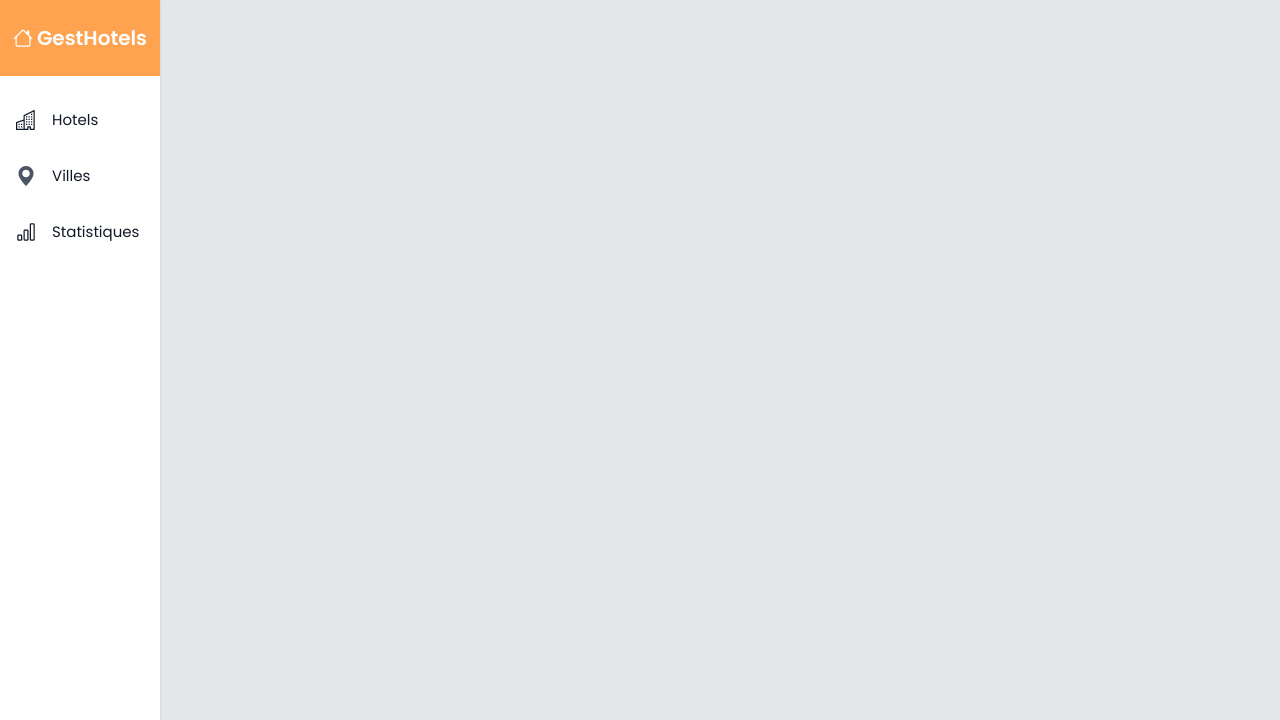
Repository: yahyamourid/GestHotelsEJB
Page: http://localhost/ISICEJBWeb/sidBar.jsp
An editor plug-in stored every save of this project. The page is shown before and after the next save, followed by the edit.
The browser window is 1280 px wide. The pictures show the whole page.
Some web libraries are served in a nearby version. The page is served by Tomcat 10. Nobody is signed in. The application's start-up code is not run.

Above is the page before, as saved 2023-12-01 16:08:57.
Console error: TypeError: Cannot read properties of null (reading 'classList')

After the next save:
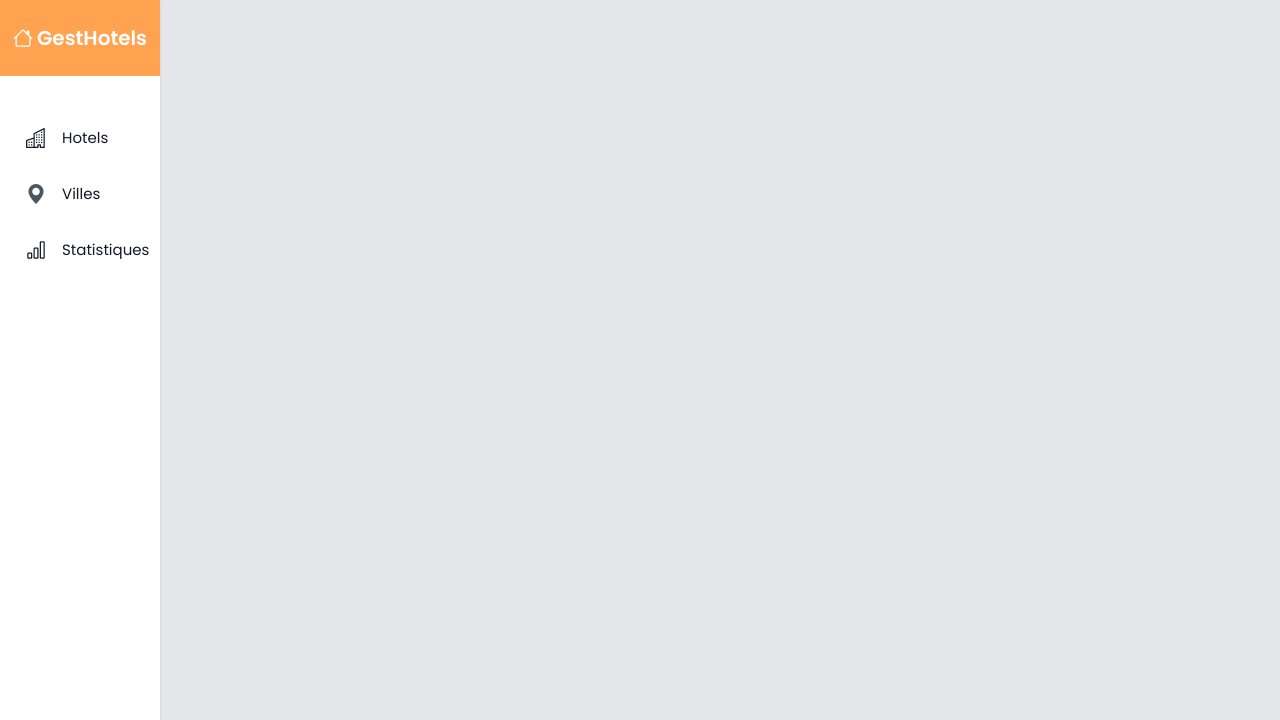
Saved 26 s later.
--- a/ISICEJBWeb/src/main/webapp/sidBar.jsp
+++ b/ISICEJBWeb/src/main/webapp/sidBar.jsp
@@ -43,9 +43,9 @@
                     <h1 class="ml-1 text-xl text-white font-semibold">GestHotels</h1>
                 </div>
 
-                <div >
+                <div class="p-2.5" >
 
-                    <div  class="p-2.5 mt-2 flex items-center  rounded-md px-4 <%if (nomFichierJSP.equals("hotel.jsp")){%>bg-gray-100 <%}%> duration-300  cursor-pointer  hover:bg-gray-100">
+                    <div  class="p-2.5 mt-2 flex items-center  rounded-md px-4 <%if (nomFichierJSP.equals("hotel.jsp")){%>bg-gray-100 <%}%> duration-300  cursor-pointer  hover:bg-gray-200">
                         <i class="bi bi-building text-gray-900"></i>
                         <span class="text-[15px] ml-4 text-gray-900 "><a href="hotel.jsp">Hotels</a></span>
                     </div>
